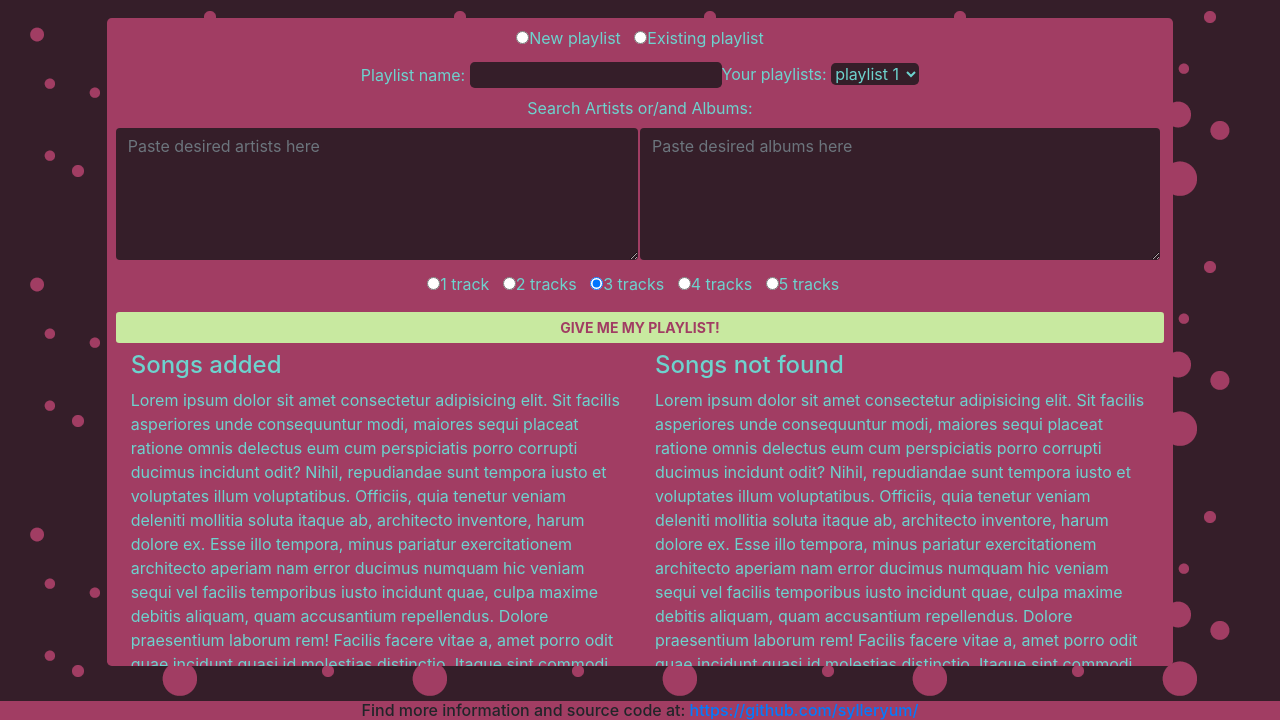
Repository: sylleryum/Frontend
Page: GetTopTracks/index.html
The author's editor kept a copy of each file at every save. The page is drawn from the files as they stood at one save, then again after a run of saves.
The browser window is 1280 px wide. The pictures show the whole page.

Above is the page before, as saved 2019-10-13 18:28:08.

### GetTopTracks/index.html
<!doctype html>
<html lang="en">

<head>
     <title>Get top tracks from Artists and albums</title>
     <!-- Required meta tags -->
     <meta charset="utf-8">
     <meta name="viewport" content="width=device-width, initial-scale=1, shrink-to-fit=no">

     <!-- Bootstrap CSS -->
     <link rel="stylesheet" href="https://stackpath.bootstrapcdn.com/bootstrap/4.3.1/css/bootstrap.min.css"
          integrity="sha384-ggOyR0iXCbMQv3Xipma34MD+dH/1fQ784/j6cY/iJTQUOhcWr7x9JvoRxT2MZw1T" crossorigin="anonymous">

     <!-- main CSS-->
     <link rel="stylesheet" href="style.css">

</head>

<body class="background-master">
     <form action="searchTrack" id="submit-btn" onsubmit="return validation()">
          <div class="container-fluid h-95">
               <div class="row align-items-center justify-content-center h-95">
                    <div class="h-80 col-md-10 bg-4 text-1 rounded-lg pl-4 pr-4 pt-2 overflow-auto"  id="internal-container">

                         <div class="row main-select pb-1 justify-content-center">
                              <label><input type="radio" id="rNew" name="playlistRadio" value="new"
                                   onchange="radioChecker()">New
                              playlist&nbsp;&nbsp;&nbsp;</label>
                              <label><input type="radio" id="rExisting" name="playlistRadio" value="existing"
                                   onchange="radioChecker()">Existing
                              playlist</label>
                         </div>
                         <div class="row main-playlist pb-2 justify-content-center">
                              <div id="new-playlist" class="block-style">
                                   Playlist name: <input type="text" class="rounded-lg border-0 bg-5 text-1" id="playlistName"
                                        name="playlistName" />
                              </div>
                              <div id="existing-playlist" class="block-style">
                                   <span>Your playlists:</span>
                                   <select name="selectPlaylist" class="rounded-lg border-0 bg-5 text-1">
                                        <option>playlist 1</option>
                                        <option>playlist 2</option>
                                        <option>playlist 3</option>
                                        <option>playlist 4</option>
                                        <!-- <c:forEach var="items" items="${playlists}">
                                        <option value="${items.getId()}">${items.getName()}</option>
                                   </c:forEach> -->
                                   </select>
                              </div>
                         </div>
                         <div class="row pb-2 justify-content-center">
                              Search Artists or/and Albums:
                         </div>
                         <div class="row main-textarea form-group pr-1 mb-0 pb-2">
                              <div class="col-md-6 p-0 mb-1">
                                   <textarea class="textarea-search form-control md-textarea bg-5 text-1 border-0" rows="5" id="searchNameArtist"
                                        name="searchNameArtist" placeholder="Paste desired artists here"></textarea>
                              </div>
                              <div class="col-md-6 p-0 small-padding">
                                   <textarea class="textarea-search form-control md-textarea bg-5 text-1 border-0" rows="5" id="searchNameAlbum"
                                        name="searchNameAlbum" placeholder="Paste desired albums here"></textarea>
                              </div>
                         </div>
                         <div class="row track-amount pb-2 justify-content-center text-center">
                              <label><input type="radio" id="rAmount1" name="playlistRadio" value="rAmount2" onchange="">1 track&nbsp;&nbsp;&nbsp;</label>
                              <label><input type="radio" id="rAmount2" name="playlistRadio" value="rAmount2" onchange="">2 tracks&nbsp;&nbsp;&nbsp;</label>
                              <label><input type="radio" id="rAmount3" name="playlistRadio" value="rAmount3" checked onchange="">3 tracks&nbsp;&nbsp;&nbsp;</label>
                              <label><input type="radio" id="rAmount4" name="playlistRadio" value="rAmount4" onchange="">4 tracks&nbsp;&nbsp;&nbsp;</label>
                              <label><input type="radio" id="rAmount5" name="playlistRadio" value="rAmount4" onchange="">5 tracks&nbsp;&nbsp;&nbsp;</label>
                         </div>
                         <div class="row main-go pb-2 justify-content-center ">
                              <button type="submit" class="btn bg-2 btn-sm btn-block text-uppercase font-weight-bold text-4" id="submit-button">
                                   Give me my playlist!
                              </button>
                         </div>

                         <div class="row results-menu">
                              <div class="success col-md-6">
                                   <h4>Songs added</h4>
                                   Lorem ipsum dolor sit amet consectetur adipisicing elit. Sit facilis asperiores unde consequuntur modi, maiores sequi placeat ratione omnis delectus eum cum perspiciatis porro corrupti ducimus incidunt odit? Nihil, repudiandae sunt tempora iusto et voluptates illum voluptatibus. Officiis, quia tenetur veniam deleniti mollitia soluta itaque ab, architecto inventore, harum dolore ex. Esse illo tempora, minus pariatur exercitationem architecto aperiam nam error ducimus numquam hic veniam sequi vel facilis temporibus iusto incidunt quae, culpa maxime debitis aliquam, quam accusantium repellendus. Dolore praesentium laborum rem! Facilis facere vitae a, amet porro odit quae incidunt quasi id molestias distinctio. Itaque sint commodi sequi.
                              </div>
                              <div class="failure col-md-6">
                                   <h4>Songs not found</h4>
                                   Lorem ipsum dolor sit amet consectetur adipisicing elit. Sit facilis asperiores unde consequuntur modi, maiores sequi placeat ratione omnis delectus eum cum perspiciatis porro corrupti ducimus incidunt odit? Nihil, repudiandae sunt tempora iusto et voluptates illum voluptatibus. Officiis, quia tenetur veniam deleniti mollitia soluta itaque ab, architecto inventore, harum dolore ex. Esse illo tempora, minus pariatur exercitationem architecto aperiam nam error ducimus numquam hic veniam sequi vel facilis temporibus iusto incidunt quae, culpa maxime debitis aliquam, quam accusantium repellendus. Dolore praesentium laborum rem! Facilis facere vitae a, amet porro odit quae incidunt quasi id molestias distinctio. Itaque sint commodi sequi.
                              </div>
                         </div>

                    </div>

               </div>

          </div>
     </form>
     <footer class="text-center m-0 p-0 bg-4 footer-clear">
          <h6 class="p-0 m-0 text-w">Find more information and source code at: <a href="https://github.com/sylleryum/">
                    https://github.com/sylleryum/</a></h6>

     </footer>







     <!-- Optional JavaScript -->
     <!-- jQuery first, then Popper.js, then Bootstrap JS -->
     <script src="https://code.jquery.com/jquery-3.3.1.slim.min.js"
          integrity="sha384-q8i/X+965DzO0rT7abK41JStQIAqVgRVzpbzo5smXKp4YfRvH+8abtTE1Pi6jizo"
          crossorigin="anonymous"></script>
     <script src="https://cdnjs.cloudflare.com/ajax/libs/popper.js/1.14.7/umd/popper.min.js"
          integrity="sha384-UO2eT0CpHqdSJQ6hJty5KVphtPhzWj9WO1clHTMGa3JDZwrnQq4sF86dIHNDz0W1"
          crossorigin="anonymous"></script>
     <script src="https://stackpath.bootstrapcdn.com/bootstrap/4.3.1/js/bootstrap.min.js"
          integrity="sha384-JjSmVgyd0p3pXB1rRibZUAYoIIy6OrQ6VrjIEaFf/nJGzIxFDsf4x0xIM+B07jRM"
          crossorigin="anonymous"></script>
</body>

</html>

### GetTopTracks/style.css
.footer-clear {
     width: 100%;
     position: fixed;
     bottom: 0%;
}

.background-master {
     background: url(images/bb.png) repeat;
}

button:hover {
     background-color: #7d9263!important;
     text-decoration: underline!important;
}


.h-100 {
     min-height: 100vh;
}

.h-95 {
     min-height: 95vh;
}

.h-80 {
     min-height: 80vh;
     max-height: 90vh;
}

.bg-1 {
     background: #6dd3ce!important
}

.bg-2 {
     background: #c8e9a0!important
}

.bg-3 {
     background: #f7a278!important
}

.bg-4 {
     background: #a13d63!important
}

.bg-5 {
     background: #351e29!important
}

.text-1 {
     color: #6dd3ce!important
}

.text-2 {
     color: #c8e9a0!important
}

.text-3 {
     color: #f7a278!important
}

.text-4 {
     color: #a13d63!important
}

.text-5 {
     color: #351e29!important
}

@media screen and (min-width: 767px) {
     .small-padding {
          padding-left: 2px!important;
     }
}

After the next 2 saves:
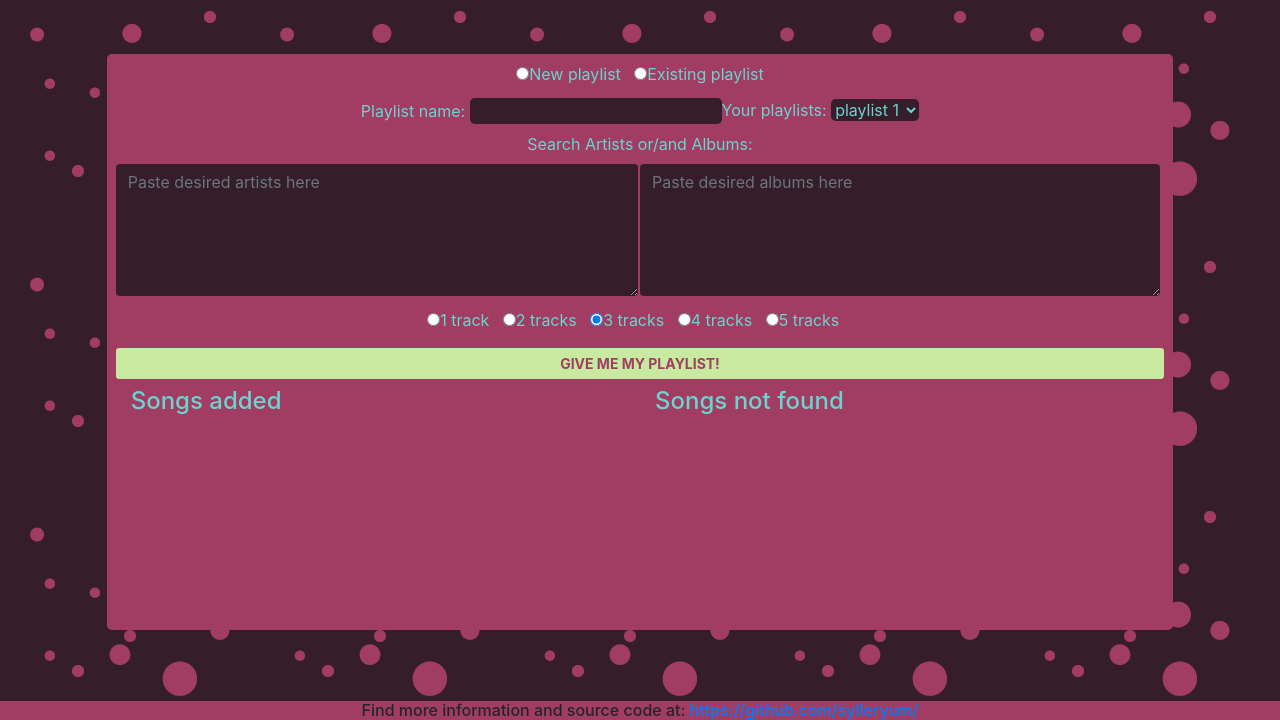
The 2 saves are shown as one change because they came seconds apart.
The last was saved 19 s later.
--- a/GetTopTracks/index.html
+++ b/GetTopTracks/index.html
@@ -77,11 +77,11 @@
                          <div class="row results-menu">
                               <div class="success col-md-6">
                                    <h4>Songs added</h4>
-                                   Lorem ipsum dolor sit amet consectetur adipisicing elit. Sit facilis asperiores unde consequuntur modi, maiores sequi placeat ratione omnis delectus eum cum perspiciatis porro corrupti ducimus incidunt odit? Nihil, repudiandae sunt tempora iusto et voluptates illum voluptatibus. Officiis, quia tenetur veniam deleniti mollitia soluta itaque ab, architecto inventore, harum dolore ex. Esse illo tempora, minus pariatur exercitationem architecto aperiam nam error ducimus numquam hic veniam sequi vel facilis temporibus iusto incidunt quae, culpa maxime debitis aliquam, quam accusantium repellendus. Dolore praesentium laborum rem! Facilis facere vitae a, amet porro odit quae incidunt quasi id molestias distinctio. Itaque sint commodi sequi.
+
                               </div>
                               <div class="failure col-md-6">
                                    <h4>Songs not found</h4>
-                                   Lorem ipsum dolor sit amet consectetur adipisicing elit. Sit facilis asperiores unde consequuntur modi, maiores sequi placeat ratione omnis delectus eum cum perspiciatis porro corrupti ducimus incidunt odit? Nihil, repudiandae sunt tempora iusto et voluptates illum voluptatibus. Officiis, quia tenetur veniam deleniti mollitia soluta itaque ab, architecto inventore, harum dolore ex. Esse illo tempora, minus pariatur exercitationem architecto aperiam nam error ducimus numquam hic veniam sequi vel facilis temporibus iusto incidunt quae, culpa maxime debitis aliquam, quam accusantium repellendus. Dolore praesentium laborum rem! Facilis facere vitae a, amet porro odit quae incidunt quasi id molestias distinctio. Itaque sint commodi sequi.
+
                               </div>
                          </div>
 
